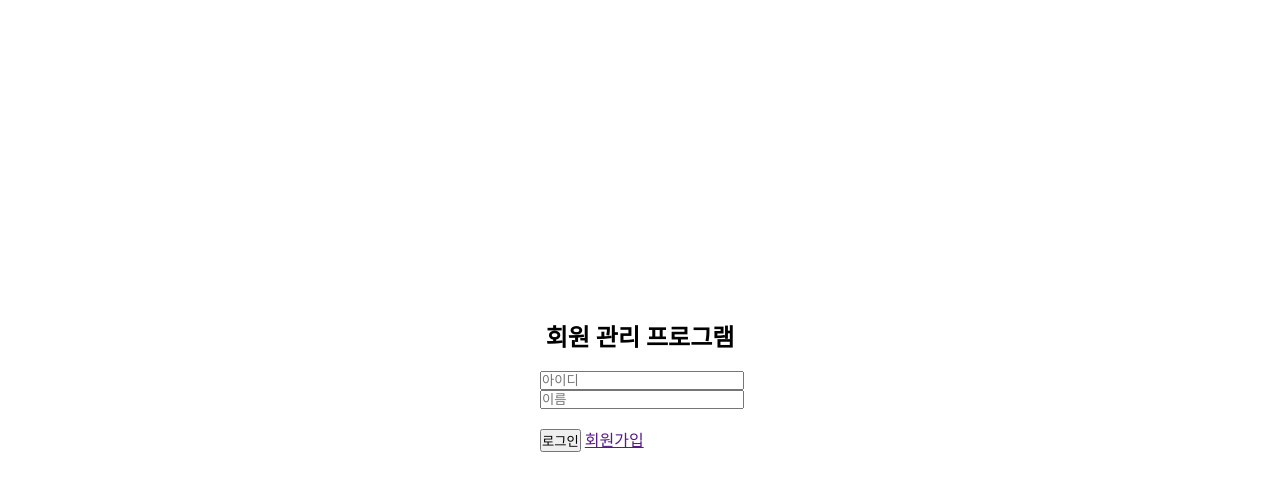
Repository: soeun1365/ServerProgram1
Page: http://localhost/ServerProgram1/login.jsp
The author's editor kept a copy of each file at every save. The page is drawn from the files as they stood at one save, then again after the next save.
The browser window is 1280 px wide. The pictures show the whole page.
The page is served by Tomcat 9.

Above is the page before, as saved 2021-06-14 06:30:47.

After the next save:
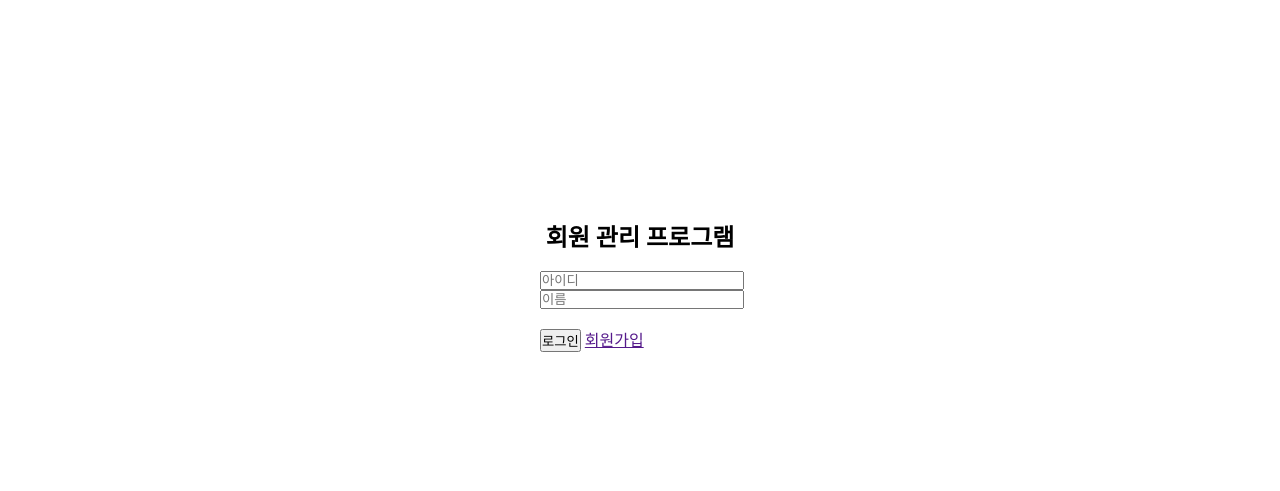
Saved 8 s later.
--- a/ServerProgram1/WebContent/login.jsp
+++ b/ServerProgram1/WebContent/login.jsp
@@ -11,7 +11,7 @@
 			margin: 0 auto;
 		}
 		h2{
-			margin-top: 300px;
+			margin-top: 200px;
 			text-align: center;
 		}
 		form, input{
